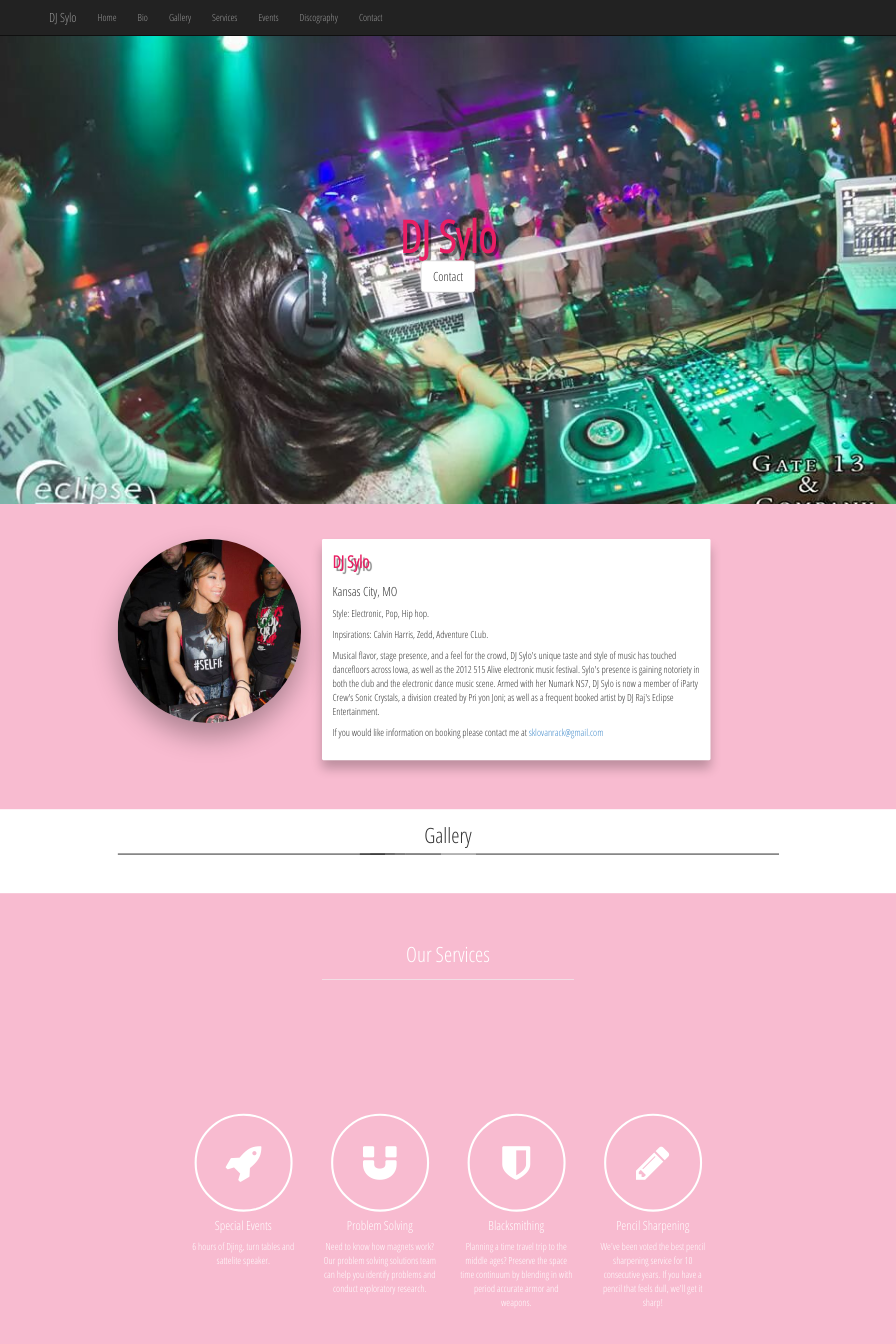
Repository: BambooXLotus/DjSylo
Page: client/index.html
The author's editor kept a record of every edit. The page is drawn from the files as they stood at one moment, then again after the next edit.
The browser window is 1280 px wide. The pictures show the part of the page from y = 0 to 1920 px (the page is 4340 px tall), at 70% of full size.
Pictures or frames that could not be fetched are drawn as grey boxes. Some icons come from a web library that is not loaded, so they are not drawn. Backgrounds fixed to the window are drawn as part of the page. Some web libraries are served in a nearby version.

Above is the page before.

After the next edit:
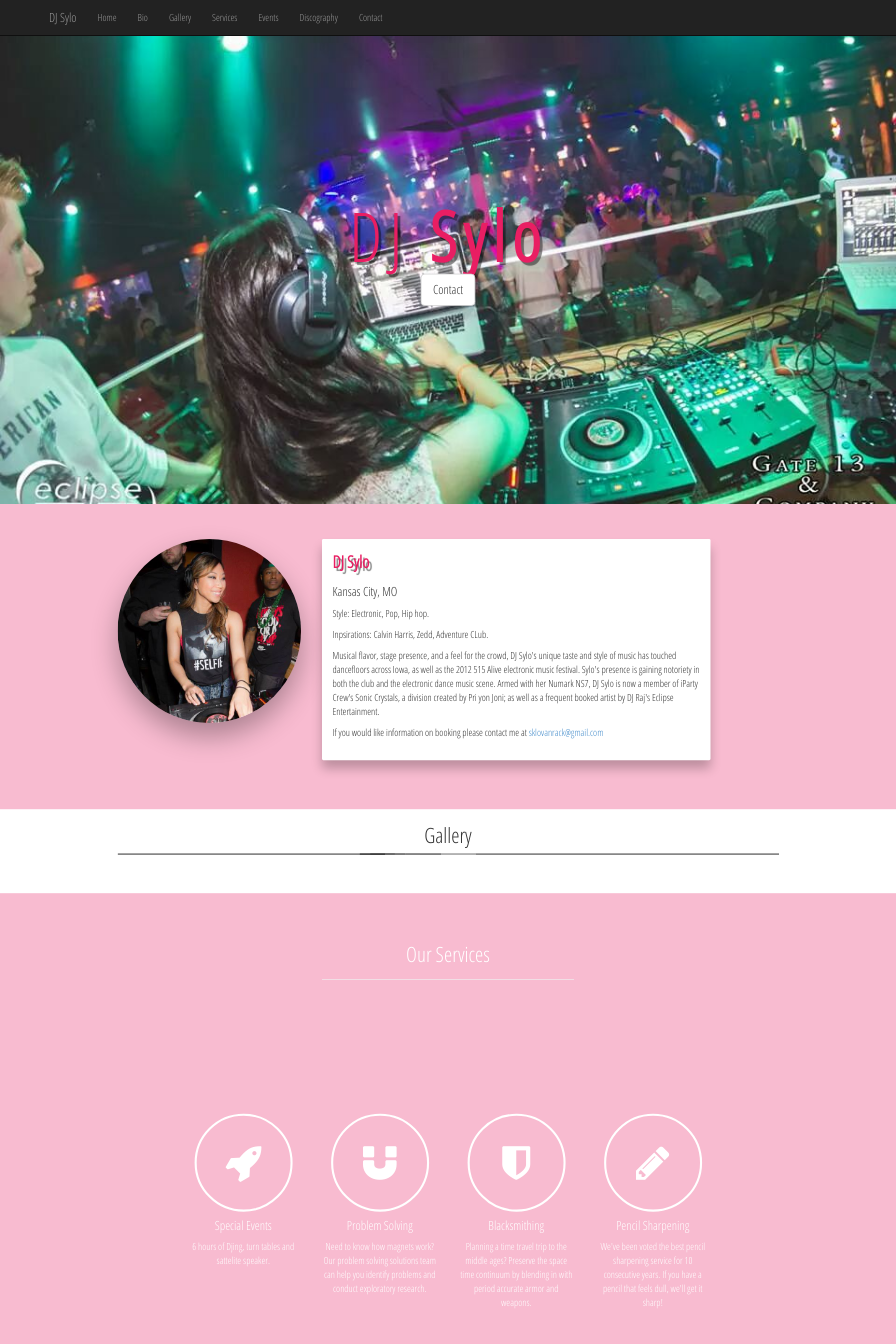
The edit:
--- a/client/css/stylish-portfolio.css
+++ b/client/css/stylish-portfolio.css
@@ -25,7 +25,9 @@
   padding: 0;
   margin: 0;
   font-size: 4.5em;
-  font-weight: 700;
+  font-weight: 300;
+  letter-spacing: .1em;
+  font-size: 7em;
 }
 /* Side Menu */
 
